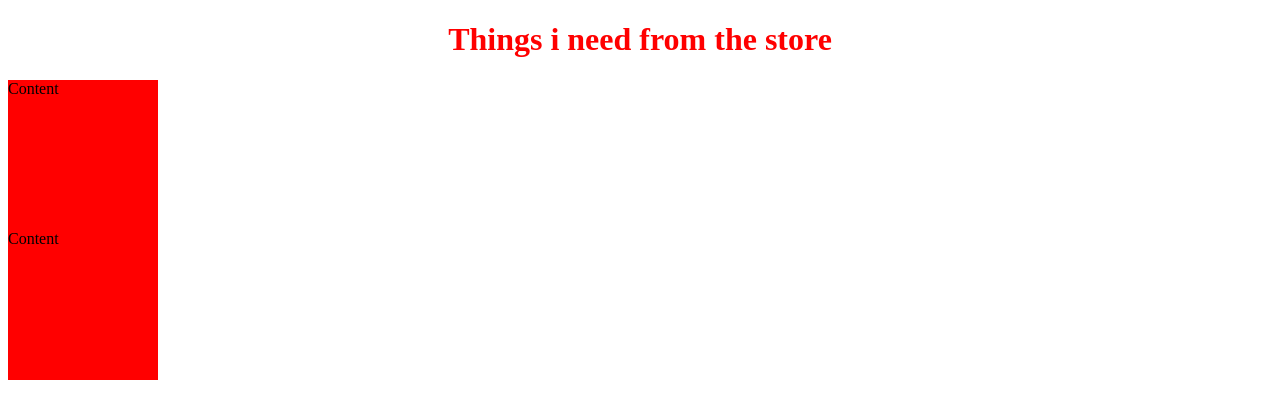
Repository: TheTroyPhillips/Block14
Page: Coursework/Block06/index.html
These files come from the project's save history. The page is drawn as it stood at one moment and after a run of saves; the edit follows.
The browser window is 1280 px wide. The pictures show the whole page.

Above is the page before, as saved 2023-08-29 17:17:32.

### Coursework/Block06/index.html
<!DOCTYPE html>
<html lang="en">
<head>
    <meta charset="UTF-8">
    <meta name="viewport" content="width=device-width, initial-scale=1.0">
    <title>Troy's Grocery List</title>
    <link rel="stylesheet" href="styles.css">
</head>
<body>
    <h1> Things i need from the store</h1>
    <div class="Box Red"> Content </div>
    <div class="Box Red"> Content </div>


</body>
</html>

### Coursework/Block06/styles.css
h1 {
    color: red;
    text-align: center;
}
.Box{
    width: 150px;
    height:150px;
    color: black;

}
.Red{
    background-color: red;
}

After the next 4 saves:
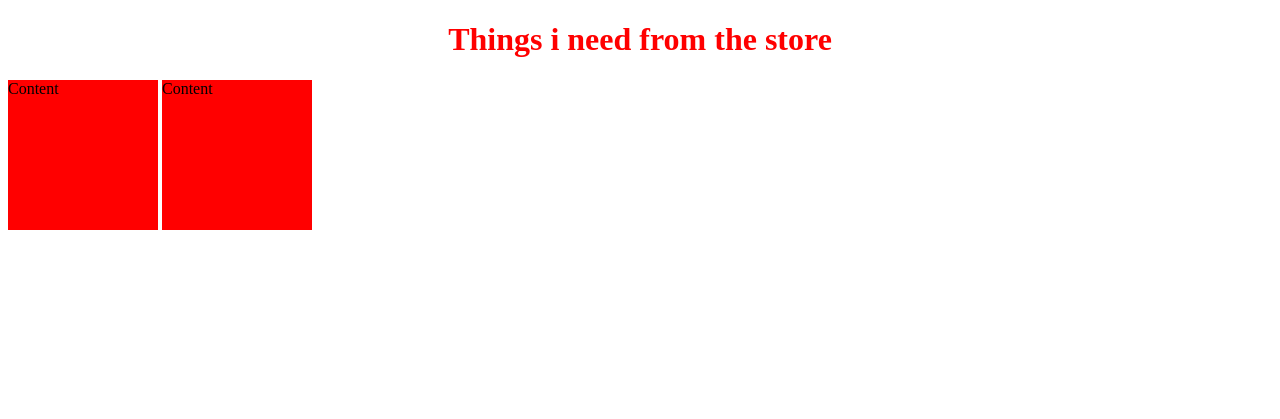
The 4 saves are shown as one change because they came seconds apart.
The last was saved 10 s later.
--- a/Coursework/Block06/styles.css
+++ b/Coursework/Block06/styles.css
@@ -6,7 +6,8 @@ h1 {
     width: 150px;
     height:150px;
     color: black;
-
+    display: inline-block;
+    mar
 }
 .Red{
     background-color: red;
